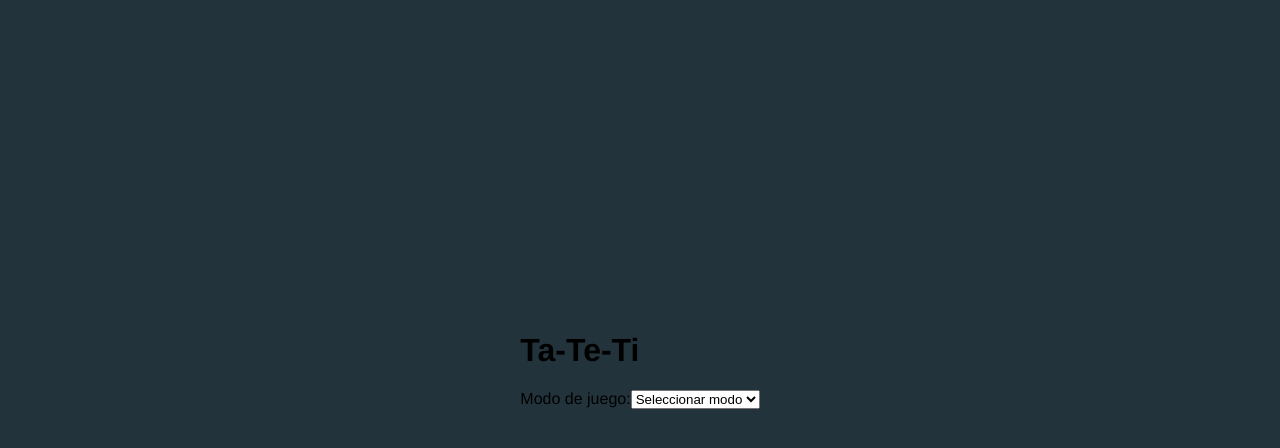
Repository: Herinyhert/Ta-Te-Ti
Page: /
The author's editor kept a copy of each file at every save. The page is drawn from the files as they stood at one save, then again after the next save.
The browser window is 1280 px wide. The pictures show the whole page.
The project was rebuilt for these pictures with package versions that can differ from the ones it lists, and the page was loaded fresh each time. Also part of the build but not shown: src/components/Square/Square.css, src/components/Square/Square.js, src/components/Board/Board.css, src/components/Board/Board.js, src/components/ScoreBoard/ScoreBoard.css, src/components/ScoreBoard/ScoreBoard.js, src/components/Landing/Landing.css.

Above is the page before, as saved 2023-05-28 03:22:34.

### src/index.css
body {
  margin: 0;
  font-family: Helvetica, sans-serif;
}

### src/App.js
import { useState } from "react";
import { Route, Routes, BrowserRouter } from "react-router-dom";
// import { Link } from "react-router-dom";
import "./App.css";
import Board from "./components/Board/Board";
import ScoreBoard from "./components/ScoreBoard/ScoreBoard";
import Landing from "./components/Landing/Landing";

const winningPosition = [
  [0, 1, 2],
  [3, 4, 5],
  [6, 7, 8],
  [0, 3, 6],
  [1, 4, 7],
  [2, 5, 8],
  [0, 4, 8],
  [2, 4, 6],
];

const App = () => {
  const [turn, setTurn] = useState("X");
  const [squares, setSquares] = useState(Array(9).fill(null));
  const [winningSquares, setWinningSquare] = useState([]);
  const [score, setScore] = useState({
    X: 0,
    O: 0,
  });

  const reset = () => {
    setTurn("X");
    setSquares(Array(9).fill(null));
    setWinningSquare([]);
  };

  const checkForWinner = (newSquares) => {
    for (let i = 0; i < winningPosition.length; i++) {
      const [a, b, c] = winningPosition[i];
      if (
        newSquares[a] &&
        newSquares[a] === newSquares[b] &&
        newSquares[a] === newSquares[c]
      ) {
        //existe un ganador
        endGame(newSquares[a], winningPosition[i]);
        return;
      }
    }
    if (!newSquares.includes(null)) {
      //existe  un empate
      endGame(null, Array.from(Array(10).keys()));
      return;
    }
    setTurn(turn === "X" ? "O" : "X");
  };

  const handleClick = (square) => {
    let newSquare = [...squares];
    newSquare.splice(square, 1, turn);
    setSquares(newSquare);
    checkForWinner(newSquare);
  };

  const endGame = (result, winningPosition) => {
    setTurn(null);
    if (result !== null) {
      setScore({
        ...score,
        [result]: score[result] + 1,
      });
    }
    setWinningSquare(winningPosition);
    setTimeout(reset, 2000);
  };

  return (
    <BrowserRouter>
      <div className="container">
        <Routes>
          <Route path="*" element={<Landing />} />
          <Route
            exact
            path="/home"
            element={
              <>
                <Board
                  winningSquares={winningSquares}
                  turn={turn}
                  squares={squares}
                  onClick={handleClick}
                />
                <ScoreBoard scoreO={score.O} scoreX={score.X} />
              </>
            }
          />
        </Routes>
      </div>
    </BrowserRouter>
  );
};

export default App;

### src/App.css
.container {
  display: flex;
  flex-direction: column;
  justify-content: center;
  align-items: center;
  height: 100vh;
  background-color: #22333B;
}

### src/components/Landing/Landing.js
import { useState } from 'react';
import './Landing.css'

const Landing = ()=>{
    const [player1Name, setPlayer1Name] = useState("");
    const [player2Name, setPlayer2Name] = useState("");
    const [gameMode, setGameMode] = useState(""); // Puede ser "1-player" o "2-player"

    const handleGameModeChange = (event) => {
      setGameMode(event.target.value);
    };

    const handlePlayer1NameChange = (event) => {
      setPlayer1Name(event.target.value);
    };

    const handlePlayer2NameChange = (event) => {
      setPlayer2Name(event.target.value);
    };

    return (
      <div>
        <h1>Ta-Te-Ti</h1>
        <label>
          Modo de juego:
          <select value={gameMode} onChange={handleGameModeChange}>
            <option value="">Seleccionar modo</option>
            <option value="1-player">1 Jugador</option>
            <option value="2-player">2 Jugadores</option>
          </select>
        </label>

        {gameMode === "1-player" && (
          <label>
            Nombre del jugador:
            <input
              type="text"
              value={player1Name}
              onChange={handlePlayer1NameChange}
            />
          </label>
        )}

        {gameMode === "2-player" && (
          <>
            <label>
              Nombre del jugador 1:
              <input
                type="text"
                value={player1Name}
                onChange={handlePlayer1NameChange}
              />
            </label>
            <label>
              Nombre del jugador 2:
              <input
                type="text"
                value={player2Name}
                onChange={handlePlayer2NameChange}
              />
            </label>
          </>
        )}

        {/* Renderizado del tablero y otros elementos del juego */}
      </div>
    );
}

export default Landing;

Loaded but not shown: public/index.html (common file); src/index.js (common file); src/reportWebVitals.js (common file); src/components/Landing/Landing.css (no copy from this time; the picture is the same without it)

After the next save:
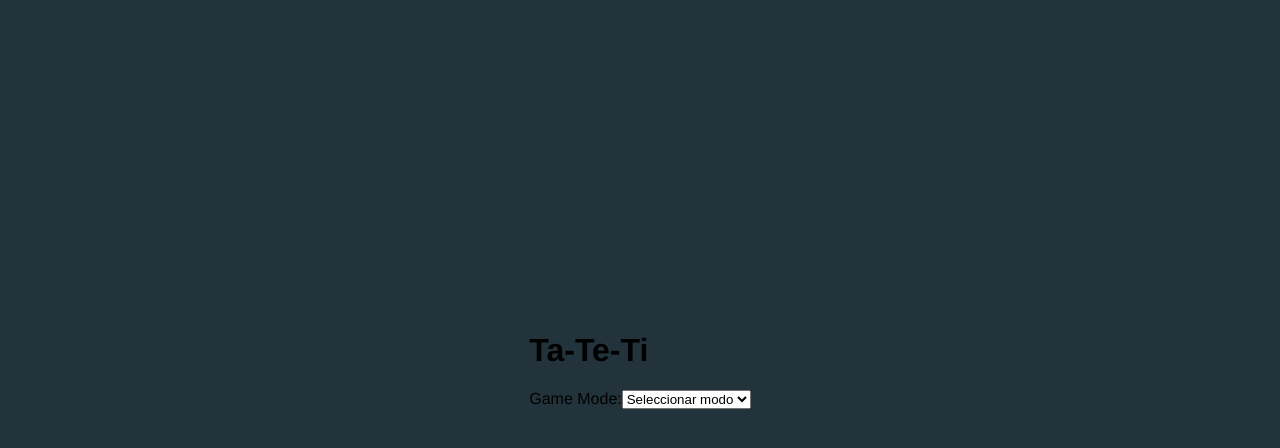
Saved 43 s later.
--- a/src/components/Landing/Landing.js
+++ b/src/components/Landing/Landing.js
@@ -22,7 +22,7 @@ const Landing = ()=>{
       <div>
         <h1>Ta-Te-Ti</h1>
         <label>
-          Modo de juego:
+          Game Mode:
           <select value={gameMode} onChange={handleGameModeChange}>
             <option value="">Seleccionar modo</option>
             <option value="1-player">1 Jugador</option>
